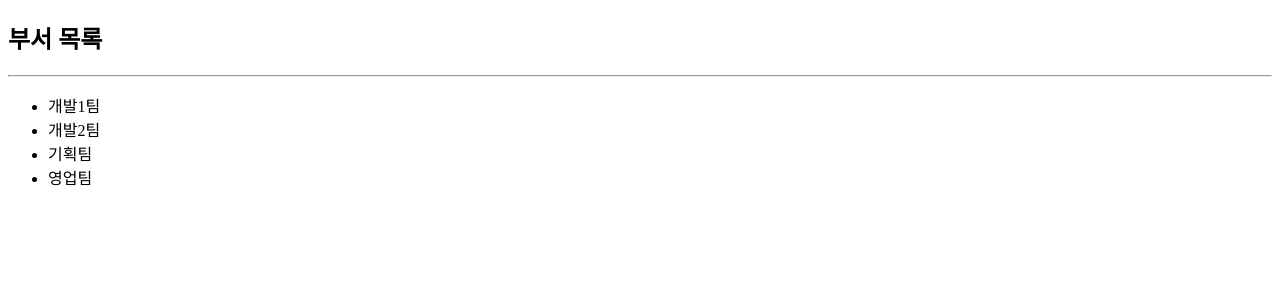
Repository: Jin0207/html_css
Page: http://localhost/day1130/deptList.jsp
The author's editor kept a copy of each file at every save. The page is drawn from the files as they stood at one save, then again after the next save.
The browser window is 1280 px wide. The pictures show the whole page.
The page is served by Tomcat 9. Other server files are loaded and not shown. Queries for data that is not in the repository find no rows.

Above is the page before, as saved 2021-11-30 00:42:26.

### day1130/src/main/webapp/deptList.jsp
<%@page import="java.util.ArrayList"%>
<%@ page language="java" contentType="text/html; charset=EUC-KR"
    pageEncoding="EUC-KR"%>
<!DOCTYPE html>
<html>
<head>
<meta charset="EUC-KR">
<title>Insert title here</title>
</head>
<body>
<%
	//String[] data = {"개발1팀","개발2팀","기획팀","영업팀"};
	ArrayList<String> data = new ArrayList<String>();
	data.add("개발1팀");
	data.add("개발2팀");
	data.add("기획팀");
	data.add("영업팀");
%>
	<h2>부서 목록</h2>
	<hr>
	<ul>
		<%
			for(String dname : data){
				%>
					<li><%= dname %></li>
				<%
			}
		%>
	</ul>
</body>
</html>

### day1130/src/main/java/com/sist/dao/DeptDAO.java
package com.sist.dao;

import java.sql.Connection;
import java.sql.DriverManager;
import java.sql.ResultSet;
import java.sql.Statement;
import java.util.ArrayList;

public class DeptDAO {

	public ArrayList<String> listDname(){
		ArrayList<String> list = new ArrayList<String>();
		String sql = "select dname from dept";
		String driver = "oracle.jdbc.driver.OracleDriver";
		String url = "jdbc:oracle:thin:@localhost:1521:XE";
		String user = "c##madang";
		String pwd= "madang";
		Connection	conn = null;
		Statement	stmt = null;
		ResultSet	rs = null;

		try {
			Class.forName(driver);
			conn = DriverManager.getConnection(url, user, pwd);
			stmt = conn.createStatement();
			rs = stmt.executeQuery(sql);

			while(rs.next()) {
				list.add(rs.getString(1));
			}
		} catch (Exception e) {
			System.out.println("예외발생:" + e.getMessage());
		}finally {
			try {
				if(rs != null) rs.close();
				if(stmt != null) stmt.close();
				if(conn != null) conn.close();
			}catch (Exception e) {
				// TODO: handle exception
			}
		}
		return list;
	}
}

After the next save:
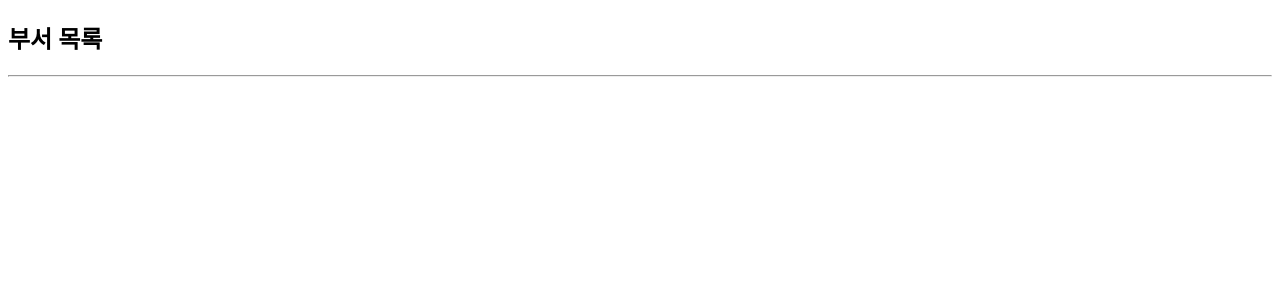
Saved 3 min 17 s later.
--- a/day1130/src/main/webapp/deptList.jsp
+++ b/day1130/src/main/webapp/deptList.jsp
@@ -1,3 +1,4 @@
+<%@page import="com.sist.dao.DeptDAO"%>
 <%@page import="java.util.ArrayList"%>
 <%@ page language="java" contentType="text/html; charset=EUC-KR"
     pageEncoding="EUC-KR"%>
@@ -10,11 +11,14 @@
 <body>
 <%
 	//String[] data = {"개발1팀","개발2팀","기획팀","영업팀"};
-	ArrayList<String> data = new ArrayList<String>();
-	data.add("개발1팀");
-	data.add("개발2팀");
-	data.add("기획팀");
-	data.add("영업팀");
+	//ArrayList<String> data = new ArrayList<String>();
+	//data.add("개발1팀");
+	//data.add("개발2팀");
+	//data.add("기획팀");
+	//data.add("영업팀");
+
+	DeptDAO dao = new DeptDAO();
+	ArrayList<String> data = dao.listDname();
 %>
 	<h2>부서 목록</h2>
 	<hr>
